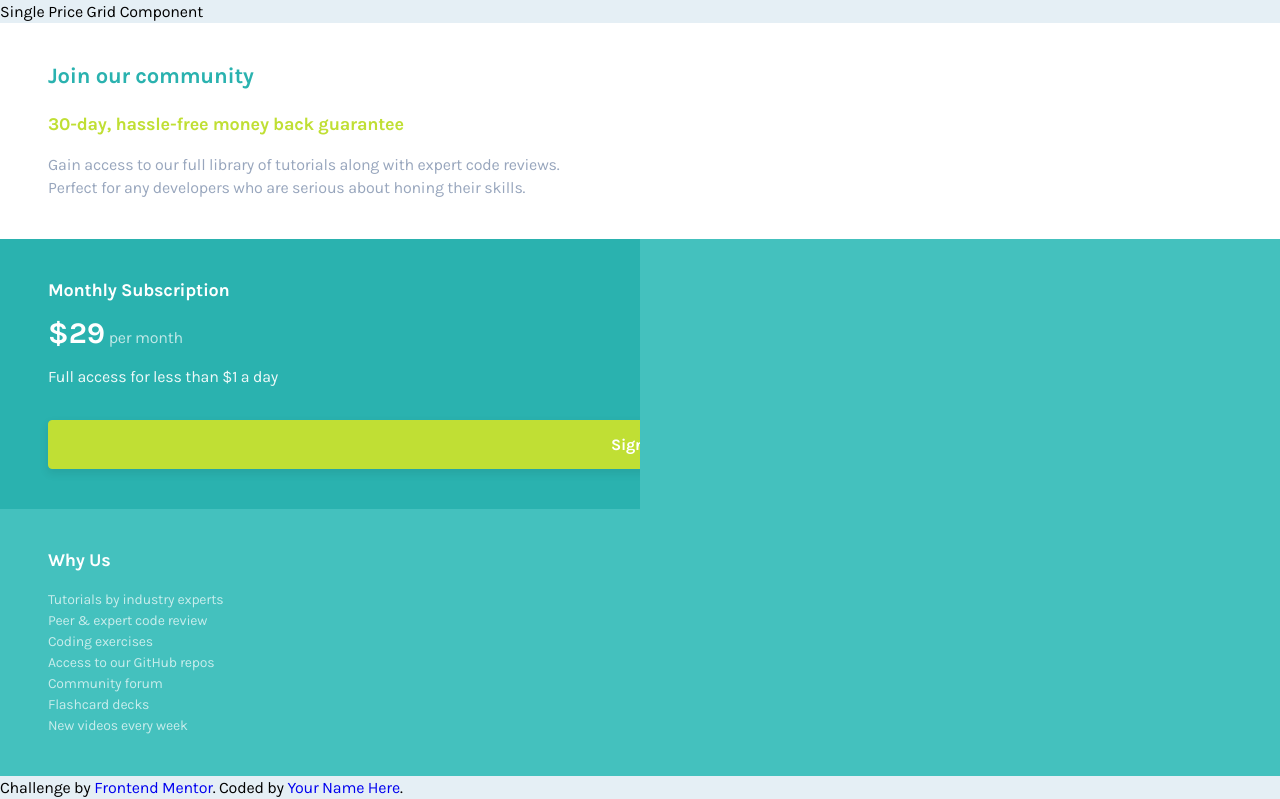
Repository: bangjuyoung/bangjuyoung
Page: practice/frontend-mentor/single-price-grid-component/index.html
An editor plug-in stored every save of this project. The page is shown before and after the next save, followed by the edit.
The browser window is 1280 px wide. The pictures show the whole page.

Above is the page before, as saved 2019-06-16 15:54:03.

### practice/frontend-mentor/single-price-grid-component/index.html
<!DOCTYPE html>
<html lang="en">

<head>
  <meta charset="UTF-8">
  <meta name="viewport" content="width=device-width, initial-scale=1.0">
  <title>Frontend Mentor | Single Price Grid Component</title>
  <link rel="icon" type="image/png" sizes="32x32" href="./images/favicon-32x32.png">
  <link rel="stylesheet" href="../../../assets/css/base.css">
  <link href="https://fonts.googleapis.com/css?family=Karla:400,700&display=swap" rel="stylesheet">
  <link rel="stylesheet" href="./default.css">
</head>

<body class="bg-gray--pale">
  <main role="main" class="">
    <h1>Single Price Grid Component</h1>

    <article class="bg-white single-price">

      <div class="text-primary--gray single-price__primary">
        <section class="single-price__body single-price1">
          <h2 class="text-primary text-title">Join our community</h2>
          <h3 class="text-secondary text-subtitle">30-day, hassle-free money back guarantee</h3>
          <p>Gain access to our full library of tutorials along with expert code reviews.</p>
          <p>Perfect for any developers who are serious about honing their skills.</p>
        </section>
      </div>

      <div class="theme-primary single-price__secondary">
        <section class="single-price__body single-price2">
          <h3 class="text-white text-subtitle">Monthly Subscription</h3>
          <div class="single-price__divider">
            <p class="text-light single-price__text">
              <strong class="text-white text-display1">&dollar;29</strong> per month
            </p>
            <p class="single-price__text">Full access for less than &dollar;1 a day</p>
          </div>
          <a href="/" class="btn btn-secondary btn-block btn--float">Sign Up</a>
        </section>

        <section class="theme-primary--light text-body2 single-price__body single-price3">
          <h4 class="text-white text-subtitle">Why Us</h4>
          <p>
            Tutorials by industry experts<span class="newline"></span>
            Peer &amp; expert code review<span class="newline"></span>
            Coding exercises<span class="newline"></span>
            Access to our GitHub repos<span class="newline"></span>
            Community forum<span class="newline"></span>
            Flashcard decks<span class="newline"></span>
            New videos every week
          </p>
        </section>
      </div>

    </article>
  </main>


  <footer role="contentinfo">
    <p class="attribution">
      Challenge by <a href="https://www.frontendmentor.io?ref=challenge" target="_blank" rel="noopener">Frontend
        Mentor</a>.
      Coded by <a href="#">Your Name Here</a>.
    </p>
  </footer>
</body>

</html>

### assets/css/base.css
@charset "UTF-8";

/*
// Base
//
// Normalization of HTML elements, manually forked from Normalize.css to remove
// styles targeting irrelevant browsers while applying new styles.
//
// Normalize is licensed MIT. https://github.com/necolas/normalize.css
*/

/*
 * Document
 */

*,
*::before,
*::after {
  /* padding 과 border 가 요소 너비에 포함되도록 설정 */
  box-sizing: border-box;
}

html {
  /* 모든 브라우저에 기본 폰트 및 line-height 설정 */
  font-family: sans-serif;
  line-height: 1.15;
  /* window 폰의 IE 나 iOS 에서 방향 변경시 폰트 사이즈 수정되는 현상 막음 */
  -webkit-text-size-adjust: 100%;
  /* @viewport 설정시 IE11 과 Edge 에서 스크롤바가 컨텐트에 겹치므로 겹치지 않고 자동 숨김 되지 않도록 강제 */
  -ms-overflow-style: scrollbar;
  /* iOS 에서 완전히 투명으로 보이기 위해 기본 탭 하이라이트 변경 */
  -webkit-tap-highlight-color: rgba(0, 0, 0, 0);
}

/* IE10 이하 및 오래된 브라우저에서 새 HTML5 요소들 맞게 표시 */
article,
aside,
figcaption,
figure,
footer,
header,
hgroup,
main,
nav,
section {
  display: block;
}

/* 여백 초기화 */
body,
h1,
h2,
h3,
h4,
h5,
h6,
p,
ol,
ul,
dl,
blockquote,
pre,
figure,
input,
button,
select,
optgroup,
textarea,
fieldset {
  margin: 0;
}

/*
 * Body
 */

/*
  -apple-system, // Safari for OS X and iOS (San Francisco)
  BlinkMacSystemFont, // Chrome < 56 for OS X (San Francisco)
  "Segoe UI", // Windows
  "Roboto", // Android
  "Helvetica Neue", Arial, sans-serif, // Basic web fallback
  "Apple Color Emoji", "Segoe UI Emoji", "Segoe UI Symbol" !default; // Emoji fonts
 */

body {
  font-family: -apple-system, BlinkMacSystemFont, 'Segoe UI', Roboto,
    'Helvetica Neue', Arial, Noto Sans, sans-serif, 'Apple Color Emoji',
    'Segoe UI Emoji', 'Segoe UI Symbol', 'Noto Color Emoji';
  font-size: 1rem;
  font-weight: 400;
  line-height: 1.5;
  /* 명시적으로 기본값을 지정해 하위 요소들이 상속 받을 수 있게 함 */
  text-align: left;
  /* 기본 배경색 지정 */
  background-color: #fff;
}

body,
input,
textarea,
select,
button {
  font-synthesis: none;
  -moz-font-feature-settings: 'kern';
  -webkit-font-smoothing: antialiased;
  -moz-osx-font-smoothing: grayscale;
}

/*
 * Future-proof rule: in browsers that support :focus-visible,
 * focus outline 을 표시하지 않는 요소에 프로그램적으로 포커스가 갔을때 focus outline 숨김
 *
 * See https://developer.mozilla.org/en-US/docs/Web/CSS/:focus-visible
 * and https://developer.paciellogroup.com/blog/2018/03/focus-visible-and-backwards-compatibility/
 */
[tabindex='-1']:focus:not(:focus-visible) {
  outline: 0 !important;
}

/*
 * Content grouping
 *
 */

hr {
  box-sizing: content-box;
  height: 0;
  /* Edge와 ie에서 overflow 표시 */
  overflow: visible;
}

/*
 * Typography
 */

h1,
h2,
h3,
h4,
h5,
h6 {
  font-size: inherit;
  font-weight: inherit;
}

/*
 * Abbreviations
 */

abbr[title] {
  /* Chrome, Edge, IE, Opera, 그리고 Safari 에서 테스트 표시줄 스타일 정정 */
  text-decoration: underline;
  text-decoration: underline dotted;
  /* 바뀐 행위를 나타내기 위해 명시적으로 커서를 추가 */
  cursor: help;
  /* Firefox 39이하에서 나타나는 테스트 하단 테투리 제거 */
  border-bottom: 0;
  /* 텍스트 표시줄이 건너뛰지 않도록 설정 */
  text-decoration-skip-ink: none;
}

address {
  font-style: normal;
  line-height: inherit;
}

b,
strong {
  /* Chrome, Edge, 그리고 Safari 에서 올바른 글자 굵기 정정 */
  font-weight: bolder;
}

small {
  /* 모든 브라우저에서 글자 크기 정정 */
  font-size: 85%;
}

/*
 * 모든 브라우저에서 sub 과 sup 요소들이 즐 간격 영향 받지 않도록 설정
 */

sub,
sup {
  position: relative;
  font-size: 75%;
  line-height: 0;
  vertical-align: baseline;
}

sub {
  bottom: -0.25em;
}

sup {
  top: -0.5em;
}

/*
 * Links
 */

a {
  text-decoration: none;
  /* IE 10 에서 현재 열려 있는 링크에 나타나는 회색배경색을 제거 */
  background-color: transparent;
}

a:hover {
  text-decoration: underline;
}

/*
 * tablindex 없이는 명시적으로 키보드 포커스가 가능하지 않도록 href 속성이 없는 플레이스 홀더 링크/네임 앵커에 대한 스타일 재지정
 * 단순히 a[href] 로 스타일 지정이 간단할 수 있지만, 많은 다른 스타일내에서 고치기엔 복잡한 특정 이슈 유발 가능성 존재
 * See https://github.com/twbs/bootstrap/issues/19402
 */

a:not([href]):not([tabindex]) {
  color: inherit;
  text-decoration: none;
}

a:not([href]):not([tabindex]):hover,
a:not([href]):not([tabindex]):focus {
  color: inherit;
  text-decoration: none;
}

a:not([href]):not([tabindex]):focus {
  outline: 0;
}

/*
 * Code
 */

pre,
code,
kbd,
samp {
  font-family: SFMono-Regular, Menlo, Monaco, Consolas, 'Liberation Mono',
    'Courier New', monospace;
  /* 모든 브라우저에서 이상한 em 글자 크기 정정 */
  font-size: 1em;
}

pre {
  /* 바깥 영역을 깨지 않도록 내용 영역 오버플로우 설정 */
  overflow: auto;
  /* IE11 와 Edge 에서 @viewport 설정시 스크롤바가 내용을 덮는 현상에서 내용 덮지 않고 자동으로 숨겨지지 않도록 재지정  */
  -ms-overflow-style: scrollbar;
}

/*
 * Images and content
 */

img {
  vertical-align: middle;
  /* IE10 이하에서 링크 내 이미지 요소들에 테두리 제거 */
  border-style: none;
}

svg {
  /*
     * IE10/11 에서 오버플로우 되는 버그로 인해 필요
     * See https://github.com/twbs/bootstrap/issues/26878
     */
  overflow: hidden;
  vertical-align: middle;
}

/*
 * Tables
 */

table {
  /* Prevent double borders 테두리들이 맞 닿았을 때 합쳐지도록 설정 */
  border-collapse: collapse;
}

/* body 요소나 가장 가까운 부모로 부터 지정된 텍스트 정렬 요소를 상속해 td 요소 정렬과 일치 */
caption,
th {
  text-align: inherit;
}

/*
 * Forms
 */

/*
 * macOS Chrome 에서 추가되는 기본 border-radius  제거
 * Details at https://github.com/twbs/bootstrap/issues/24093
 */
button {
  border-radius: 0;
}

/* Firefox/IE 에서 button 배경색이 투명일 때 기본 button 포커스 스타일이 손실되는 버그 피함
 * Credit: https://github.com/suitcss/base/
 */
button:focus {
  outline: 1px dotted;
  outline: 5px auto -webkit-focus-ring-color;
}

input,
button,
select,
optgroup,
textarea {
  font-family: inherit;
  font-size: inherit;
  line-height: inherit;
}

button,
input {
  /* Edge 에서 overflow 보임  */
  overflow: visible;
}

button,
select {
  /* Firefox 에서 텍스트 변형 상속되는 것을 제거 */
  text-transform: none;
}

/* 1. Android 4 에서 기본 audio 와 video 컨트롤이 제거되는 WebKit 버그 제거 */
button,
[type="button"],
/* 1 */
[type="reset"],
[type="submit"] {
  /* iOS 와 Safari 에서 클릭 가능한 타입으로 스타일 정정  */
  -webkit-appearance: button;
}

/* Firefox 에서 안쪽 테두리와 여백 제거하고 Normalize 처럼 outline 을 복원하지 않음 */
button::-moz-focus-inner,
[type='button']::-moz-focus-inner,
[type='reset']::-moz-focus-inner,
[type='submit']::-moz-focus-inner {
  padding: 0;
  border-style: none;
}

/* IE 10 이하에서 box sizing 정정 추가 및 padding 제거 */
input[type='radio'],
input[type='checkbox'] {
  box-sizing: border-box;
  padding: 0;
}

input[type='date'],
input[type='time'],
input[type='datetime-local'],
input[type='month'] {
  /* Mobile Safari 에서 line-height 설정시 텍스트가 input 내 수직 중양 정렬되지 않는 버그를 피하기 위해 시간 input 기본 모양 제거
    // See https://bugs.webkit.org/show_bug.cgi?id=139848
    // and https://github.com/twbs/bootstrap/issues/11266
    */
  -webkit-appearance: listbox;
}

textarea {
  /* IE 에서 기본 수직 스크롤바 제거 */
  overflow: auto;
  /* textarea 는 수직으로만 리사이즈 되도록 설정 */
  resize: vertical;
}

fieldset {
  /*
     * fieldsets 은 min-width이 min-content 로 일반 블록 요소처럼 min-width 재지정
     * See https://github.com/twbs/bootstrap/issues/12359
     * and https://html.spec.whatwg.org/multipage/#the-fieldset-and-legend-elements
     * 페이지 레이아웃에 영향을 주지 않도록 기본 스타일 리셋
     */
  min-width: 0;
  padding: 0;
  border: 0;
}

/* 1. Edge 와 IE 에서 텍스트 래핑 정정 */
legend {
  display: block;
  width: 100%;
  /* 1 */
  max-width: 100%;
  margin-bottom: 0.5rem;
  padding: 0;
  font-size: 1.5rem;
  /* IE 에서 fieldset 요소로 부터 색상 상속하도록 정정 */
  color: inherit;
  line-height: inherit;
  /* 1 */
  white-space: normal;
}

progress {
  /* Chrome, Firefox, Opera 에서 vertical alignment 스타일 추가 */
  vertical-align: baseline;
}

[type='number']::-webkit-inner-spin-button,
[type='number']::-webkit-outer-spin-button {
  /* Chrome 에서 증감 버튼 커서 스타일 정정 */
  height: auto;
}

[type='search'] {
  /*
     * iOS 에서 검색 input 의 추가적인 둥근 코너를 오버라이드하여
     * 기본 form-control 클래스 스타일이 적절히 스타일 적용될 수 있도록 함
     * https://github.com/twbs/bootstrap/issues/11586.
     * Safari 에서 outline 스타일 정정
     */
  outline-offset: -2px;
  -webkit-appearance: none;
}

/*
 * macOS 에서 Chrome 과 Safari 에서 안쪽 여백 제거
 */

[type='search']::-webkit-search-decoration {
  -webkit-appearance: none;
}

::-webkit-file-upload-button {
  font: inherit;
  /* iOS 와 Safari 에서 클릭가능한 타입으로 정정 */
  -webkit-appearance: button;
}

/*
* 요소 디스플레이 정정
*/

output {
  display: inline-block;
}

summary {
  /* 모든 브라우저에서 적절한 디스플레이 속성 추가 */
  display: list-item;
  cursor: pointer;
}

template {
  /* IE에서 필요 */
  display: none;
}

[hidden] {
  /* hidden 속성을 가진 HTML 요소는 항상 숨김 (from PureCSS), IE 10 이하에서 필요 */
  display: none !important;
}

### practice/frontend-mentor/single-price-grid-component/default.css
@charset "UTF-8";

html {
    font-size: 15px;
}

body {
    font-family: 'Karla', sans-serif;
    letter-spacing: -0.013em;
    line-height: 1.44;
}

@media (min-width: 48rem) {
    html {
        font-size: 16px;
    }
}

.btn {
    display: inline-block;
    padding: 0.75rem 1.25rem;
    font-weight: 700;
    text-align: center;
    border: 1px solid transparent;
    border-radius: 0.25rem;
}

.btn:hover {
    text-decoration: none;
    transition: color 0.3s ease-out, background-color 0.3s ease-out, box-shadow 0.3s ease-out;
}

.btn-block {
    width: 100%;
}

.btn--float {
    box-shadow: 0 4px 8px 1px rgba(0, 0, 0, 0.08);
}

.btn--float:hover {
    box-shadow: 0 0 0 0 rgba(0, 0, 0, 0.08);
}

.newline {
    display: block;
}

.text-center {
    text-align: center;
}


/*
 * single-price
 */
.single-price__wrapper {
    overflow: hidden;
    max-width: 24rem;
    margin-left: auto;
    margin-right: auto;
    border-radius: 0.5rem;
    box-shadow: 0 4px 12px 2px rgba(0, 0, 0, 0.06);
}

.single-price__divider {
    margin-bottom: 2rem;
}

.single-price__text+.single-price__text {
    margin-top: 1rem;
}

.single-price__body {
    padding: 2.5rem 3rem;
}

@media (min-width: 44rem) {
    .single-price__wrapper {
        max-width: 42rem;
    }

    .single-price__secondary {
        position: relative;
    }

    .single-price__secondary::before {
        content: '';
        z-index: 0;
        position: absolute;
        top: 0;
        right: 0;
        bottom: 0;
        left: 50%;
        background-color: hsl(179, 50%, 51%);
    }

    .single-price__secondary::after {
        content: '';
        display: block;
        clear: both;
    }

    .single-price__secondary .single-price {
        z-index: 1;
        position: relative;
        float: left;
        width: 50%;
    }
}


/*
 * typo
 */

.text-display1 {
    font-size: 1.875rem;
    font-weight: 700;
    letter-spacing: 0;
    line-height: 1;
}

.text-title {
    margin-bottom: 1.5rem;
    font-size: 1.375rem;
    font-weight: 700;
    line-height: 1.2;
}

.text-subtitle {
    margin-bottom: 1rem;
    font-size: 1.125rem;
    font-weight: 700;
    line-height: 1.3;
}

.text-body2 {
    font-size: 0.875rem;
    line-height: 1.5;
}


/*
 * specific
 */

.single-price2 .single-price__display1 {
    margin-right: 0.5rem;
}

.single-price3 .newline {
    display: none;
}

@media (min-width: 44rem) {
    .single-price3 .newline {
        display: block;
    }
}


/*
 * theme
 */

.btn-secondary {
    color: #fff;
    background-color: hsl(71, 73%, 54%);
    border-color: hsl(71, 73%, 54%);
}

.theme-primary {
    color: rgba(255, 255, 255, 0.92);
    background-color: hsl(179, 62%, 43%);
}

.theme-primary--light {
    color: rgba(255, 255, 255, 0.7);
    background-color: hsl(179, 50%, 51%);
}

.bg-gray--pale {
    background-color: hsl(204, 43%, 93%);
}

.bg-white {
    background-color: #fff;
}

.text-primary {
    color: hsl(179, 62%, 43%);
}

.text-primary--gray {
    color: hsl(218, 22%, 67%);
}

.text-secondary {
    color: hsl(71, 73%, 54%);
}

.text-gray--pale {
    color: hsl(204, 43%, 93%);
}

.text-white {
    color: #fff;
}

.text-light {
    color: rgba(255, 255, 255, 0.7);
}

After the next save:
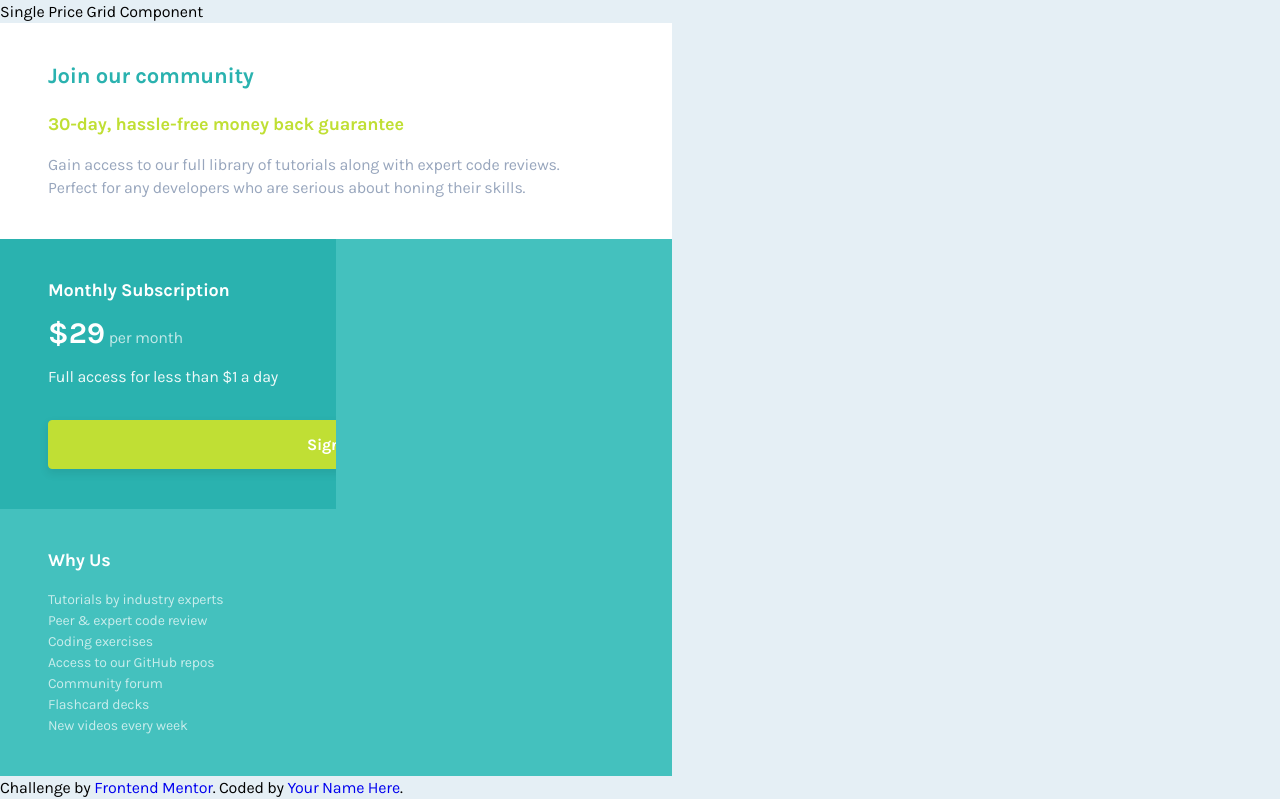
Saved 19 s later.
--- a/practice/frontend-mentor/single-price-grid-component/default.css
+++ b/practice/frontend-mentor/single-price-grid-component/default.css
@@ -76,7 +76,7 @@ body {
 }
 
 @media (min-width: 44rem) {
-    .single-price__wrapper {
+    .single-price {
         max-width: 42rem;
     }
 
